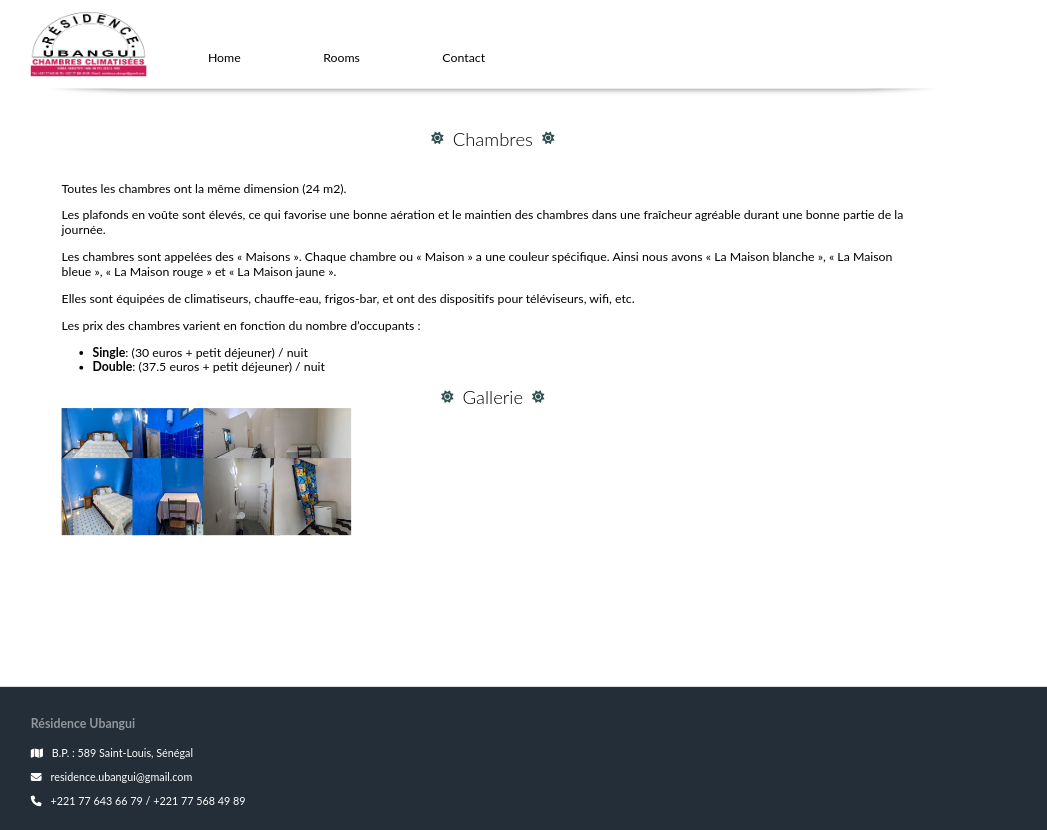
Repository: Nedjim/ubangui
Page: /rooms
An editor plug-in stored every save of this project. The page is shown before and after the next save, followed by the edit.
The browser window is 1280 px wide. The page is 1360 px wide, so the pictures cover 1360 px, including what lies to the right of the window. The pictures show the whole page, at 77% of full size.
The project was rebuilt for these pictures with package versions that can differ from the ones it lists, and the page was loaded fresh each time. The framework's server and built-in components were replaced by stand-ins that run in the browser. Also part of the build but not shown: nuxt.config.ts, components/Carousel.vue, components/Test.vue, components/Title.vue.

Above is the page before, as saved 2024-01-14 13:57:04.

After the next save:
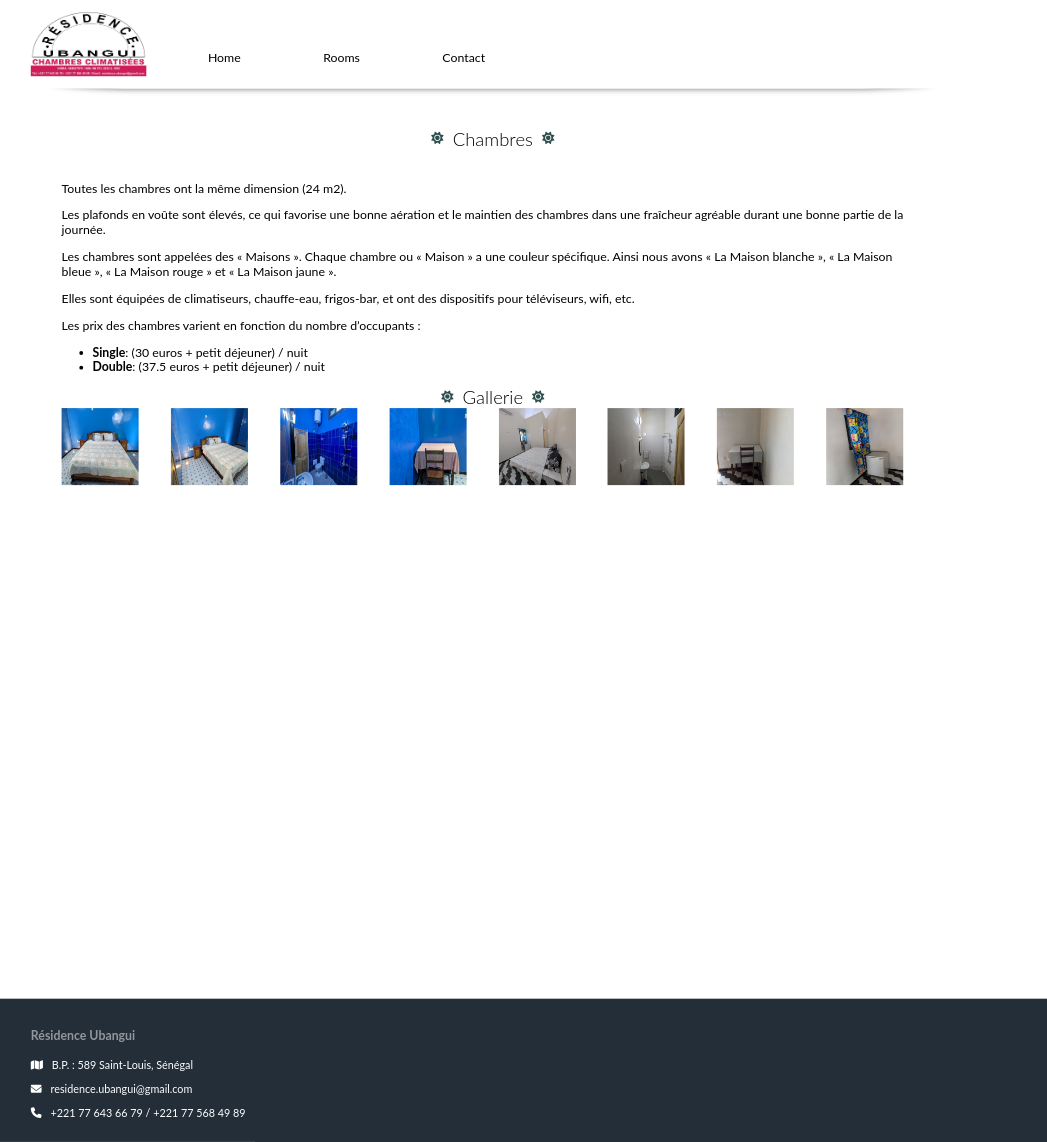
Saved 69 s later.
--- a/pages/rooms.vue
+++ b/pages/rooms.vue
@@ -76,10 +76,9 @@
 
     .gallery {
       display: grid;
-      grid: repeat(2, 25%) / auto-flow 80px;
-      gap: 12px;
-      // margin-top: 40px;
-      width: 100%;
+    grid-template-columns: repeat(8, 1fr);
+    grid-template-rows: repeat(8, 5vw);
+    grid-gap: 15px;
 
       img {
         width: 100px;
